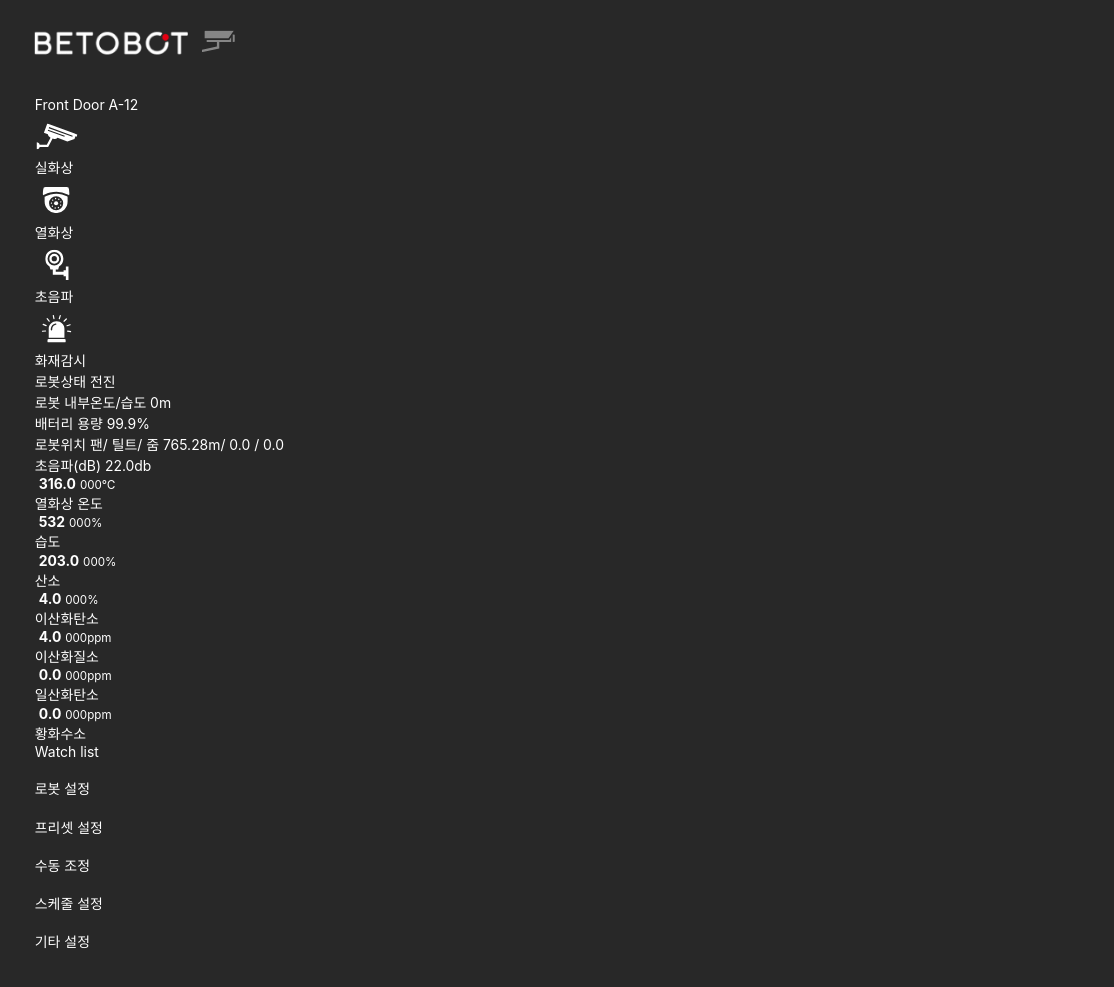
Repository: jang0ha/betobot
Page: content/main/main.html
These files come from the project's save history. The page is drawn as it stood at one moment and after the next save; the edit follows.
The browser window is 1280 px wide. The pictures show the whole page, at 87% of full size.
Some web fonts or font styles are not loaded; a fallback is used. The style sheet was rebuilt from its Sass, Less or Tailwind sources for each picture, by a compiler version that may differ from the author's.

Above is the page before, as saved 2022-07-12 16:44:14.

### content/main/main.html
<!DOCTYPE html>
<html lang="en">

<head>
    <meta charset="UTF-8">
    <meta http-equiv="X-UA-Compatible" content="IE=edge">
    <meta name="viewport" content="width=device-width, initial-scale=1.0">
    <meta name="viewport" content="width=device-width, user-scalable=no, initial-scale=1.0">
    <meta name="format-detection" content="telephone=no">
    <title>BETOBOT</title>

    <!-- 스타일 css -->
    <link rel="stylesheet" href="/resources/css/style.css">



    <!-- 제이쿼리 js -->
    <script src="/resources/js/jquery/jquery.min.js"></script>
    <script src="/resources/lib/jquery-ui/jquery-ui.min.js"></script>

    <!-- gsap -->
    <script src="/resources/lib/gsap/gsap.min.js"></script>
</head>
<body id="main">
    <div id="wrap">
        <!-- 헤더 -->
        <div id="header-block">
            <header>
                <div class="container">
                    <div class="header-wrap">
                        <a href="/content/main/main.html" class="logo-wrap">
                            <img src="../../resources/images/icon-logo.png" alt="BETOBOT 로고 이미지" class="logo">
                            <img src="../../resources/images/icon-camera.svg" alt="로고 카메라 이미지" class="logo-camera">
                        </a>
                    </div>
                </div>
            </header>
        </div>

        <!-- 컨텐츠 -->
        <div id="content-block">
            <main id="content" role="main">
                <div class="container">
                    <div class="row-wrap">
                        <div class="left-container">
                            <div class="title">Front Door A-12</div>
                            <div class="row-wrap">
                                <div class="front-list-wrap card">
                                    <ul>
                                        <li>
                                            <a href="javascript:'';">
                                                <i class="icon-front-camera"></i>
                                                <p>실화상</p>
                                            </a>
                                        </li>
                                        <li>
                                            <a href="javascript:'';">
                                                <i class="icon-front-temper"></i>
                                                <p>열화상</p>
                                            </a>
                                        </li>
                                        <li>
                                            <a href="javascript:'';">
                                                <i class="icon-front-wave"></i>
                                                <p>초음파</p>
                                            </a>
                                        </li>
                                        <li>
                                            <a href="javascript:'';">
                                                <i class="icon-front-fire"></i>
                                                <p>화재감시</p>
                                            </a>
                                        </li>
                                    </ul>
                                </div>

                                <div class="robot-information-wrap card">
                                    <ul>
                                        <li>
                                            <span class="index">로봇상태</span>
                                            <span class="index-information">전진</span>
                                        </li>
                                        <li>
                                            <span class="index">로봇 내부온도/습도</span>
                                            <span class="index-information">0m</span>
                                        </li>
                                        <li>
                                            <span class="index">배터리 용량</span>
                                            <span class="index-information">99.9%</span>
                                        </li>
                                        <li>
                                            <span class="index">로봇위치 팬/ 틸트/ 줌</span>
                                            <span class="index-information">765.28m/ 0.0 / 0.0</span>
                                        </li>
                                        <li>
                                            <span class="index">초음파(dB)</span>
                                            <span class="index-information">22.0db</span>
                                        </li>
                                    </ul>
                                </div>

                                <div class="sensor-information-wrap card">
                                    <ul>
                                        <li>
                                            <i class="icon-info-temper"></i>
                                            <strong>316.0</strong>
                                            <small>000℃</small>
                                            <p class="name">열화상 온도</p>
                                        </li>
                                        <li>
                                            <i class="icon-info-humidity"></i>
                                            <strong>532</strong>
                                            <small>000%</small>
                                            <p class="name">습도</p>
                                        </li>
                                        <li>
                                            <i class="icon-info-o2"></i>
                                            <strong>203.0</strong>
                                            <small>000%</small>
                                            <p class="name">산소</p>
                                        </li>
                                        <li>
                                            <i class="icon-info-co2"></i>
                                            <strong>4.0</strong>
                                            <small>000%</small>
                                            <p class="name">이산화탄소</p>
                                        </li>
                                        <li>
                                            <i class="icon-info-no2"></i>
                                            <strong>4.0</strong>
                                            <small>000ppm</small>
                                            <p class="name">이산화질소</p>
                                        </li>
                                        <li>
                                            <i class="icon-info-co"></i>
                                            <strong>0.0</strong>
                                            <small>000ppm</small>
                                            <p class="name">일산화탄소</p>
                                        </li>
                                        <li>
                                            <i class="icon-info-h2s"></i>
                                            <strong>0.0</strong>
                                            <small>000ppm</small>
                                            <p class="name">황화수소</p>
                                        </li>
                                    </ul>
                                </div>
                            </div>
                        </div>
                        <div class="right-contianer">
                            <div class="title">Watch list</div>
                            <div class="row-wrap">
                                <div class="watch-list-wrap card"></div>
                                <div class="watch-list-btn-wrap card">
                                    <ul>
                                        <li>
                                            <a href="">
                                                <i class="icon-menu-robot"></i>
                                                <p>로봇 설정</p>
                                            </a>
                                        </li>
                                        <li>
                                            <a href="">
                                                <i class="icon-menu-preset"></i>
                                                <p>프리셋 설정</p>
                                            </a>
                                        </li>
                                        <li>
                                            <a href="">
                                                <i class="icon-menu-handwork"></i>
                                                <p>수동 조정</p>
                                            </a>
                                        </li>
                                        <li>
                                            <a href="">
                                                <i class="icon-menu-schedule"></i>
                                                <p>스케줄 설정</p>
                                            </a>
                                        </li>
                                        <li>
                                            <a href="">
                                                <i class="icon-menu-etc"></i>
                                                <p>기타 설정</p>
                                            </a>
                                        </li>
                                    </ul>
                                </div>
                                <div class="watch-map card">

                                </div>
                            </div>
                        </div>
                    </div>
                </div>
            </main>
        </div>


        <!-- 푸터 -->
        <!-- <div id="footer-block">
            <footer>
            </footer>
        </div> -->
    </div>

    <!-- ui.js  -->
    <!-- <script src="/resources/js/ui.js"></script> -->

    <script>

    </script>
</body>

</html>

### resources/scss/style.scss
@import url('https://cdn.jsdelivr.net/gh/orioncactus/pretendard/dist/web/static/pretendard-dynamic-subset.css');

* {
    padding: 0;
    margin: 0;
}

html,body{
    margin:0;padding:0; width:100%; height:100%;
    font-family: 'Pretendard', -apple-system, BlinkMacSystemFont, system-ui, Roboto, 'Helvetica Neue', 'Segoe UI', 'Apple SD Gothic Neo', 'Noto Sans KR', 'Malgun Gothic', sans-serif;
    background:#282828;
    color:#fff;

    scrollbar-face-color: transparent;
	scrollbar-track-color: transparent;
	scrollbar-arrow-color: #fff;
	scrollbar-3dlight-color: none;
	scrollbar-shadow-color: #fff;
	scrollbar-darkshadow-color: none;
    scrollbar-color: #fff transparent;
    scrollbar-width: auto;
}
::-webkit-scrollbar{
	width: 8px;
	height: 8px;
	background-color: transparent;
}
::-webkit-scrollbar-track{
	border-radius: 0;
	background-color: transparent;
}
::-webkit-scrollbar-thumb{
	border-radius: 8px;
	background-color: #fff;
}
::-webkit-scrollbar-button {
    width: 0;
    height: 0;
}

ul,ol{
    list-style: none;
}
a{text-decoration: none; display: block; color:#fff;}

.container{
    width: calc(100% - 80px);
    padding:0 40px;
}


// 이미지
[class^=icon-]{display: inline-block;vertical-align: middle;background-repeat: no-repeat;background-position: 50% 50%;}
[class^=icon-front-]{width:50px; height:50px;}
.icon-front-camera{background-image: url('../images/icon-front-camera.svg');}
.icon-front-temper{background-image: url('../images/icon-front-temper.svg');}
.icon-front-wave{background-image: url('../images/icon-front-wave.svg');}
.icon-front-fire{background-image: url('../images/icon-front-fire.svg');}

// 헤더
#header-block{
    padding:35px 0 5px 0;
    .logo-wrap{
        display: flex;
        align-items: flex-start;
        .logo{
            width: 176px;
            margin-right: 16px;
        }
    }
}

// 컨텐트
#content{
    padding:40px 0;
}

Loaded but not shown: resources/js/jquery/jquery.min.js (library); resources/lib/jquery-ui/jquery-ui.min.js (library); resources/lib/gsap/gsap.min.js (library)

After the next save:
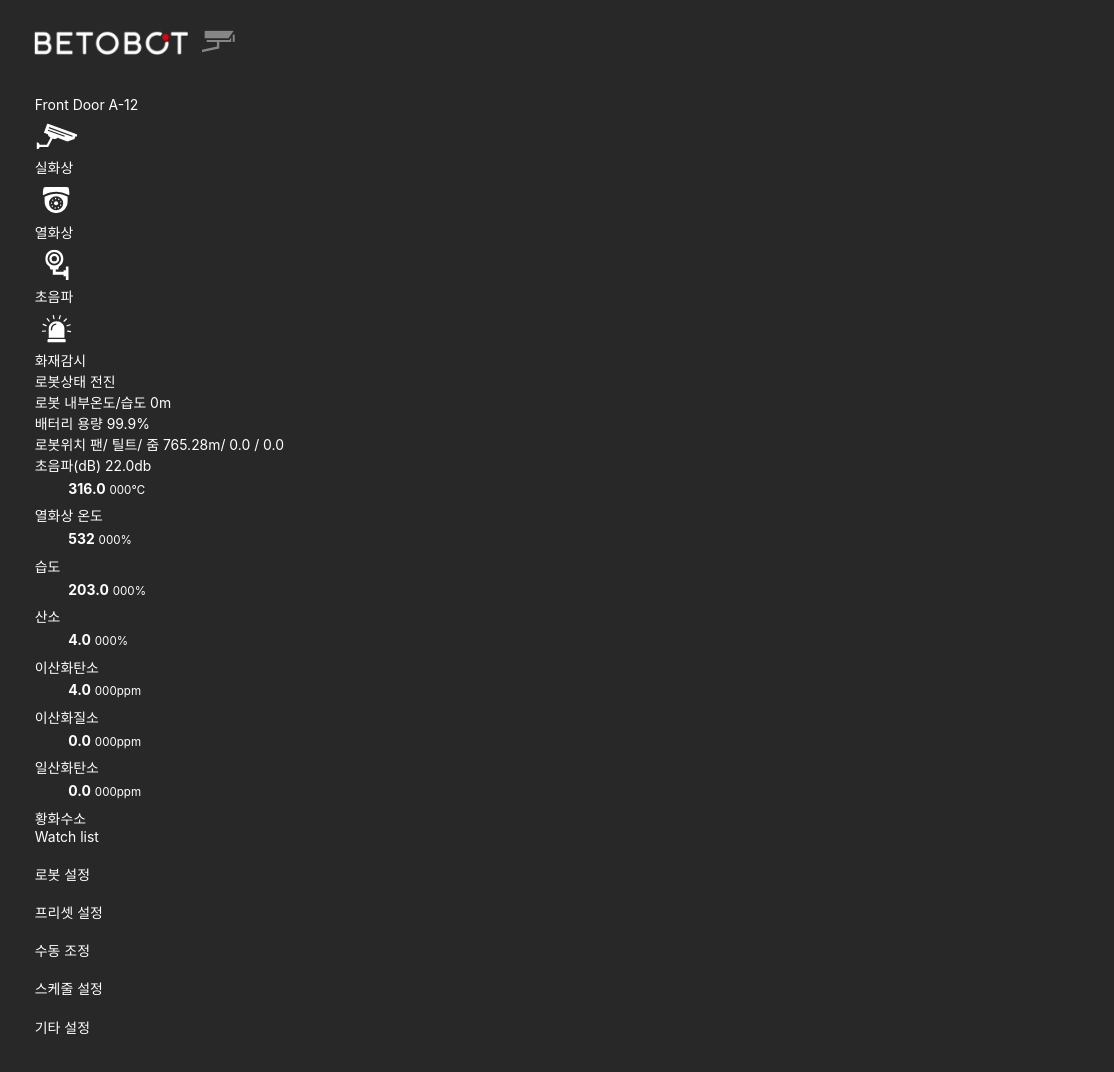
Saved 47 s later.
--- a/resources/scss/style.scss
+++ b/resources/scss/style.scss
@@ -52,6 +52,7 @@
 // 이미지
 [class^=icon-]{display: inline-block;vertical-align: middle;background-repeat: no-repeat;background-position: 50% 50%;}
 [class^=icon-front-]{width:50px; height:50px;}
+[class^=icon-info-]{width:34px; height:34px;}
 .icon-front-camera{background-image: url('../images/icon-front-camera.svg');}
 .icon-front-temper{background-image: url('../images/icon-front-temper.svg');}
 .icon-front-wave{background-image: url('../images/icon-front-wave.svg');}
